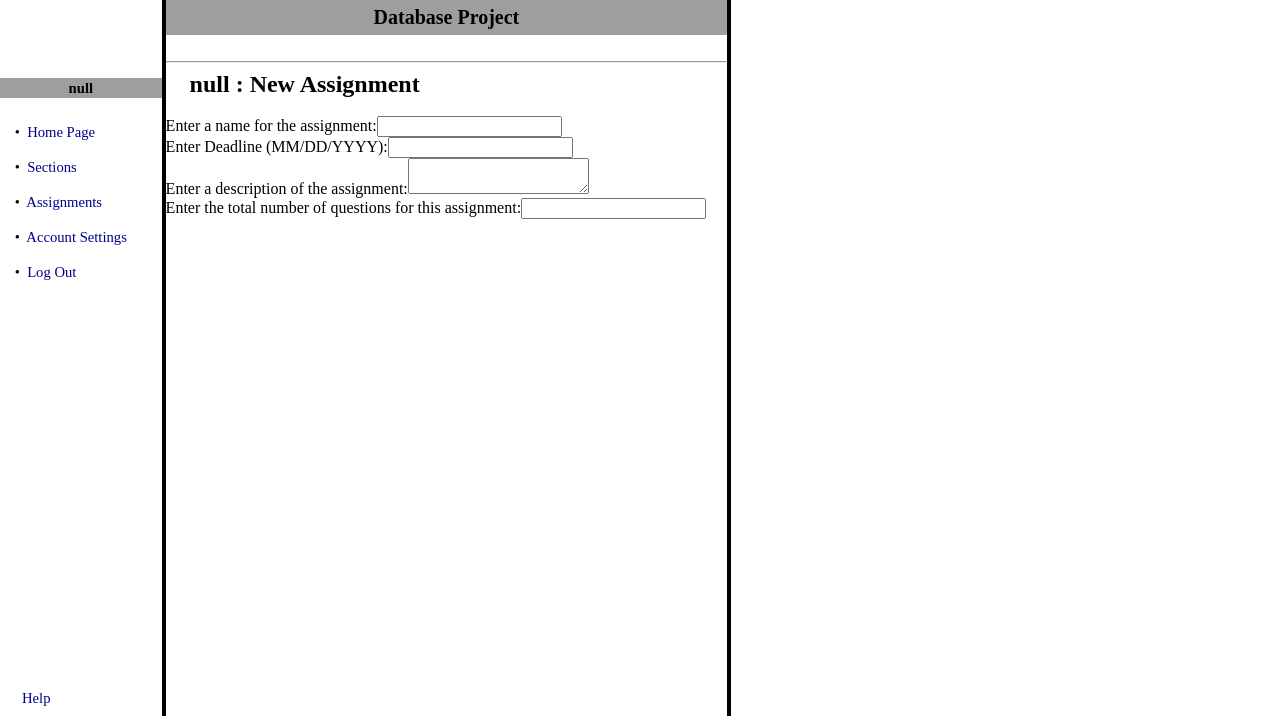
Repository: rimalp/dbproject
Page: http://localhost/AssignmentProject/new_assignment.jsp
The author's editor kept a copy of each file at every save. The page is drawn from the files as they stood at one save, then again after the next save.
The browser window is 1280 px wide. The pictures show the whole page.
Pictures or frames that could not be fetched are drawn as grey boxes. The page is served by Tomcat 9. The template is opened directly, without the code that normally fills it, so the values that code supplies are empty.

Above is the page before, as saved 2012-11-30 01:52:23.

After the next save:
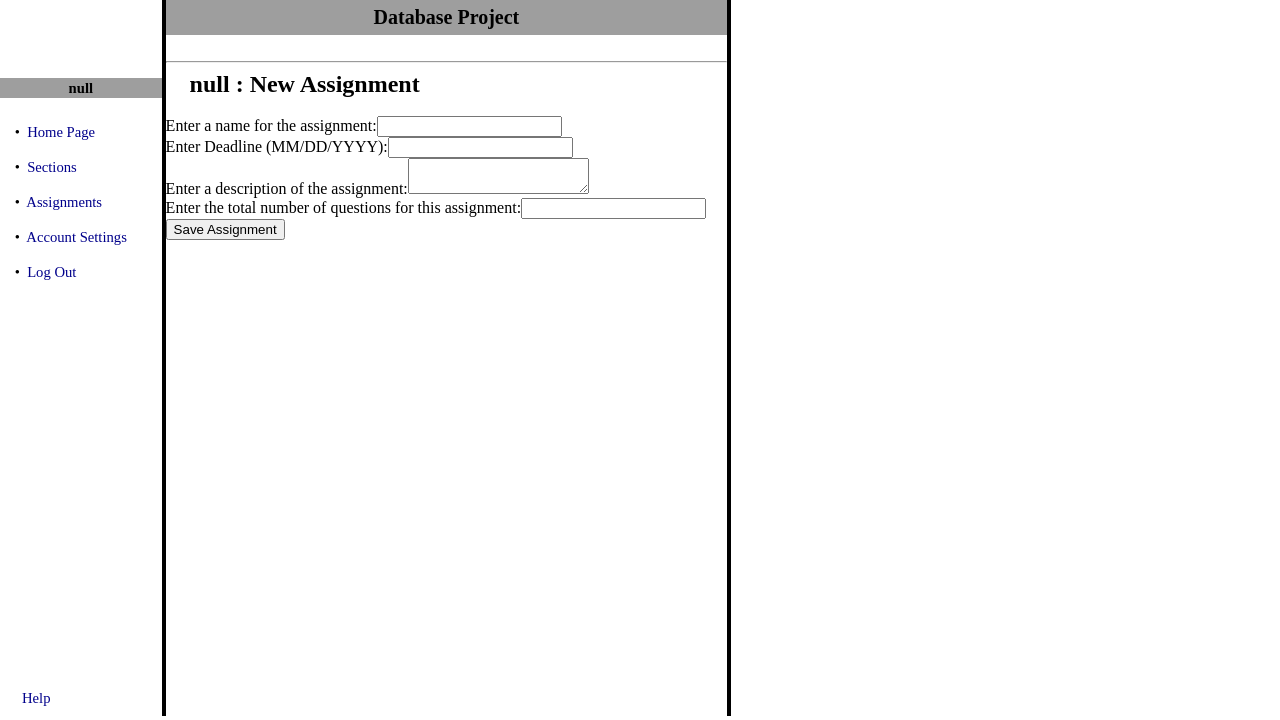
Saved 113 s later.
--- a/jsp/AssignmentProject/WebContent/new_assignment.jsp
+++ b/jsp/AssignmentProject/WebContent/new_assignment.jsp
@@ -73,12 +73,13 @@ Database Project
 &nbsp;&nbsp;&nbsp;&nbsp;&nbsp;
 <b class="headerfont"><% out.println(section); %>: New Assignment</b><br/><br/>
 
-<form method="post" action="make_assignment_servlet?id=">
+<form method="post" action="make_assignment_servlet">
 Enter a name for the assignment:<input type="text" name="name"><br/>
 Enter Deadline (MM/DD/YYYY):<input type="text" name="deadline"><br/>
 Enter a description of the assignment:<textarea name="description"></textarea><br/>
 Enter the total number of questions for this assignment:<input type="text" name="numQuestions"><br/>
 
+<input type="Submit" name="id" value="Save Assignment">
 <!--
 Enter question: <input type="text"><br/>
 Enter up to 4 potential answers:<br/>
